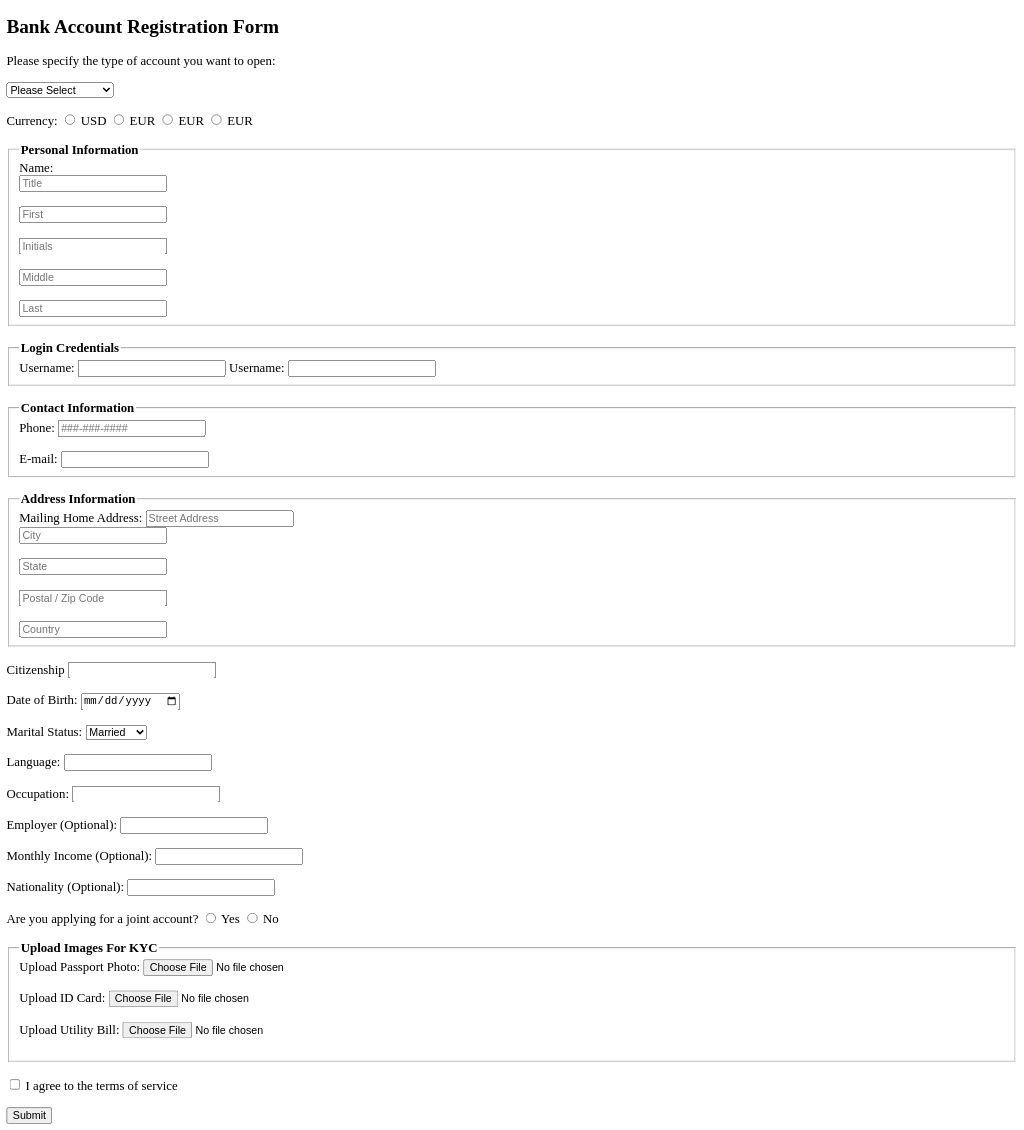
Repository: hizeetech/First-Assignment
Page: sign_up.html
The author's editor kept a copy of each file at every save. The page is drawn from the files as they stood at one save, then again after a run of saves.
The browser window is 1280 px wide. The pictures show the whole page, at 80% of full size.

Above is the page before, as saved 2024-11-09 03:37:45.

After the next 2 saves:
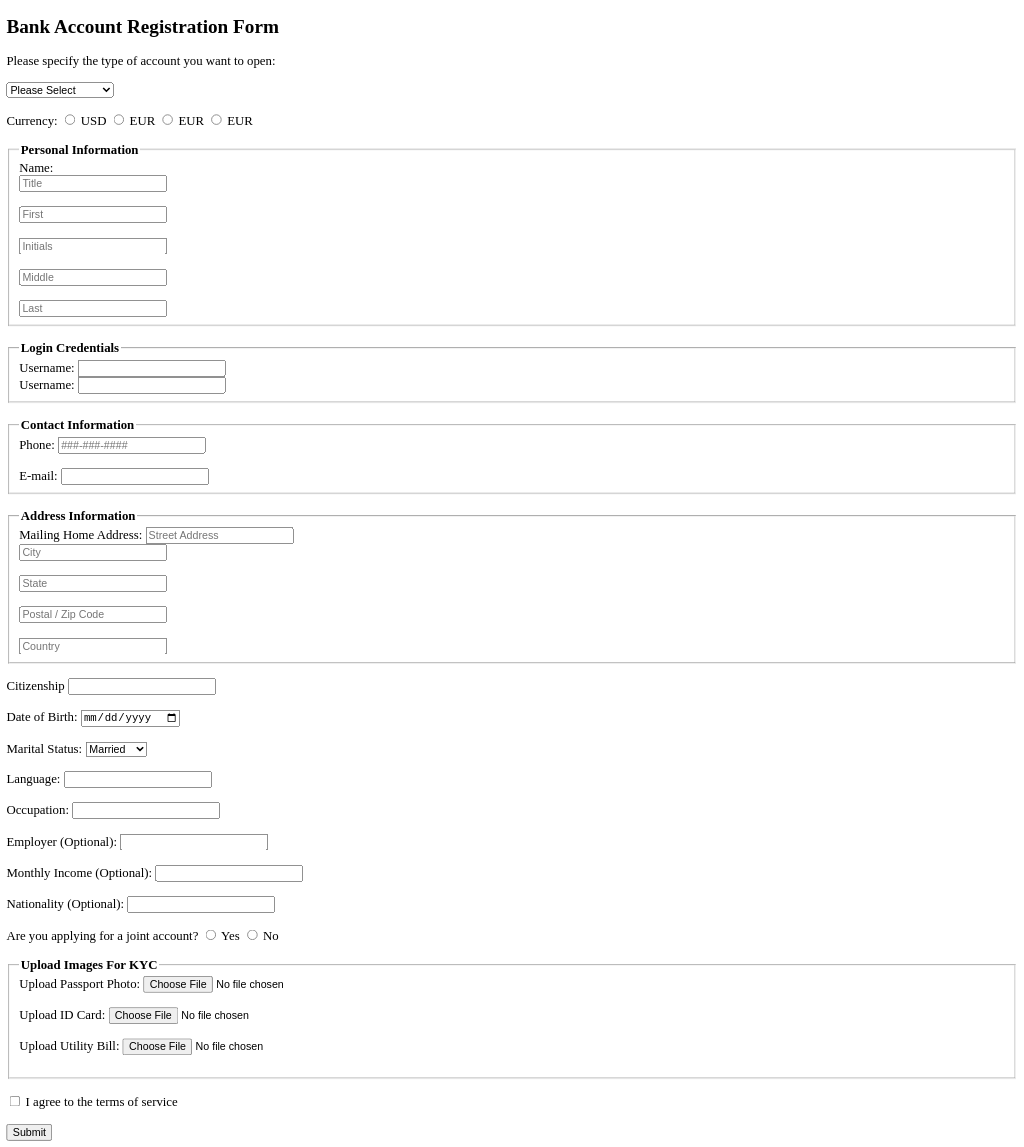
The 2 saves are shown as one change because they came seconds apart.
The last was saved 5 s later.
--- a/sign_up.html
+++ b/sign_up.html
@@ -47,7 +47,7 @@
             <fieldset>
                 <legend><b>Login Credentials</b></legend>
             <label for="username">Username:</label>
-            <input type="username" id="username" name="username" required>
+            <input type="username" id="username" name="username" required><br>
             <label for="username">Username:</label>
             <input type="username" id="username" name="username" required>
 
